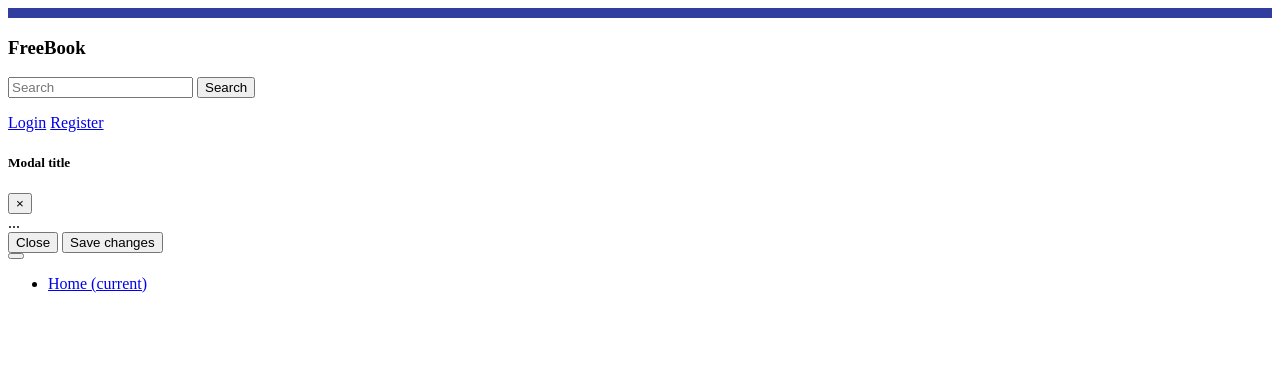
Repository: theprakharkhare/FreeBook
Page: http://localhost/Ebook-App/admin/navbar.jsp
These files come from the project's save history. The page is drawn as it stood at one moment and after the next save; the edit follows.
The browser window is 1280 px wide. The pictures show the whole page.
The page is served by Tomcat 9. Other server files are loaded and not shown.

Above is the page before, as saved 2024-03-28 19:04:42.

### Ebook-App/src/main/webapp/admin/navbar.jsp
<%@ taglib prefix="c" uri="http://java.sun.com/jsp/jstl/core"%>
<%@page isELIgnored="false"%>
<div class="container-fluid"
	style="height: 10px; background-color: #303f9f"></div>


<div class="container-fluid p-3 bg-light">
	<div class="row">
		<div class="col-md-3 text-success">
			<h3>
				<i class="fa-solid fa-book"></i> FreeBook
			</h3>
		</div>
		<div class="col-md-6">
			<form class="form-inline my-2 my-lg-0">
				<input class="form-control mr-sm-2" type="search"
					placeholder="Search" aria-label="Search">
				<button class="btn btn-primary my-2 my-sm-0" type="submit">Search</button>
			</form>
		</div>

		<div class="col-md-3">
			<c:if test="${not empty userobj }">
				<a href="login.jsp" class="btn btn-success"><i
					class="fa-solid fa-user"></i> ${userobj.name}</a>
				<a data-toggle="modal" data-target="#exampleModalCenter"
					 class="btn btn-primary text-white"><i
					class="fa-solid fa-right-to-bracket"></i> Logout
				</a>
			</c:if>
			<c:if test="${empty userobj }">
				<a href="../login.jsp" class="btn btn-success"><i
					class="fa-solid fa-right-to-bracket"></i> Login</a>
				<a href="../register.jsp" class="btn btn-primary text-white"><i
					class="fa-solid fa-user-plus"></i> Register</a>
			</c:if>

		</div>


	</div>
</div>

<!-- logout modal -->



<!-- Modal -->
<div class="modal fade" id="exampleModalCenter" tabindex="-1"
	role="dialog" aria-labelledby="exampleModalCenterTitle"
	aria-hidden="true">
	<div class="modal-dialog modal-dialog-centered" role="document">
		<div class="modal-content">
			<div class="modal-header">
				<h5 class="modal-title" id="exampleModalLongTitle">Modal title</h5>
				<button type="button" class="close" data-dismiss="modal"
					aria-label="Close">
					<span aria-hidden="true">&times;</span>
				</button>
			</div>
			<div class="modal-body">...</div>
			<div class="modal-footer">
				<button type="button" class="btn btn-secondary" data-dismiss="modal">Close</button>
				<button type="button" class="btn btn-primary">Save changes</button>
			</div>
		</div>
	</div>
</div>

<!-- end logout modal -->

<nav class="navbar navbar-expand-lg navbar-dark bg-custom">
	<a class="navbar-brand" href="#"><i
		class="fa-solid fa-house-chimney"></i></a>
	<button class="navbar-toggler" type="button" data-toggle="collapse"
		data-target="#navbarSupportedContent"
		aria-controls="navbarSupportedContent" aria-expanded="false"
		aria-label="Toggle navigation">
		<span class="navbar-toggler-icon"></span>
	</button>

	<div class="collapse navbar-collapse" id="navbarSupportedContent">
		<ul class="navbar-nav mr-auto">
			<li class="nav-item active"><a class="nav-link" href="home.jsp">Home
					<span class="sr-only">(current)</span>
			</a></li>
			</form>
	</div>
</nav>

After the next save:
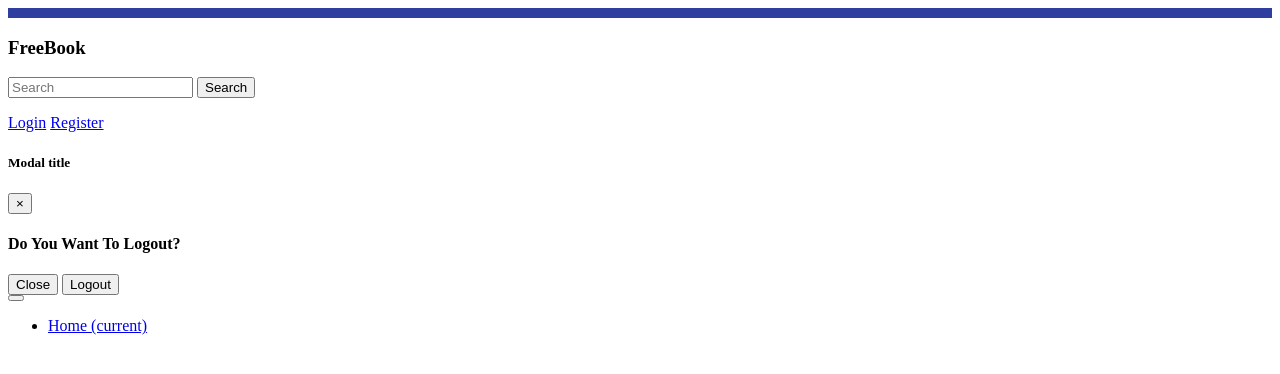
Saved 3 min 56 s later.
--- a/Ebook-App/src/main/webapp/admin/navbar.jsp
+++ b/Ebook-App/src/main/webapp/admin/navbar.jsp
@@ -24,9 +24,8 @@
 				<a href="login.jsp" class="btn btn-success"><i
 					class="fa-solid fa-user"></i> ${userobj.name}</a>
 				<a data-toggle="modal" data-target="#exampleModalCenter"
-					 class="btn btn-primary text-white"><i
-					class="fa-solid fa-right-to-bracket"></i> Logout
-				</a>
+					class="btn btn-primary text-white"><i
+					class="fa-solid fa-right-to-bracket"></i> Logout </a>
 			</c:if>
 			<c:if test="${empty userobj }">
 				<a href="../login.jsp" class="btn btn-success"><i
@@ -58,11 +57,14 @@
 					<span aria-hidden="true">&times;</span>
 				</button>
 			</div>
-			<div class="modal-body">...</div>
-			<div class="modal-footer">
+			<div class="modal-body">
+				<div class="text-center">
+				<h4>Do You Want To Logout?</h4>
 				<button type="button" class="btn btn-secondary" data-dismiss="modal">Close</button>
-				<button type="button" class="btn btn-primary">Save changes</button>
+				<button type="button" class="btn btn-primary">Logout</button>
+				</div>
 			</div>
+			<div class="modal-footer"></div>
 		</div>
 	</div>
 </div>
